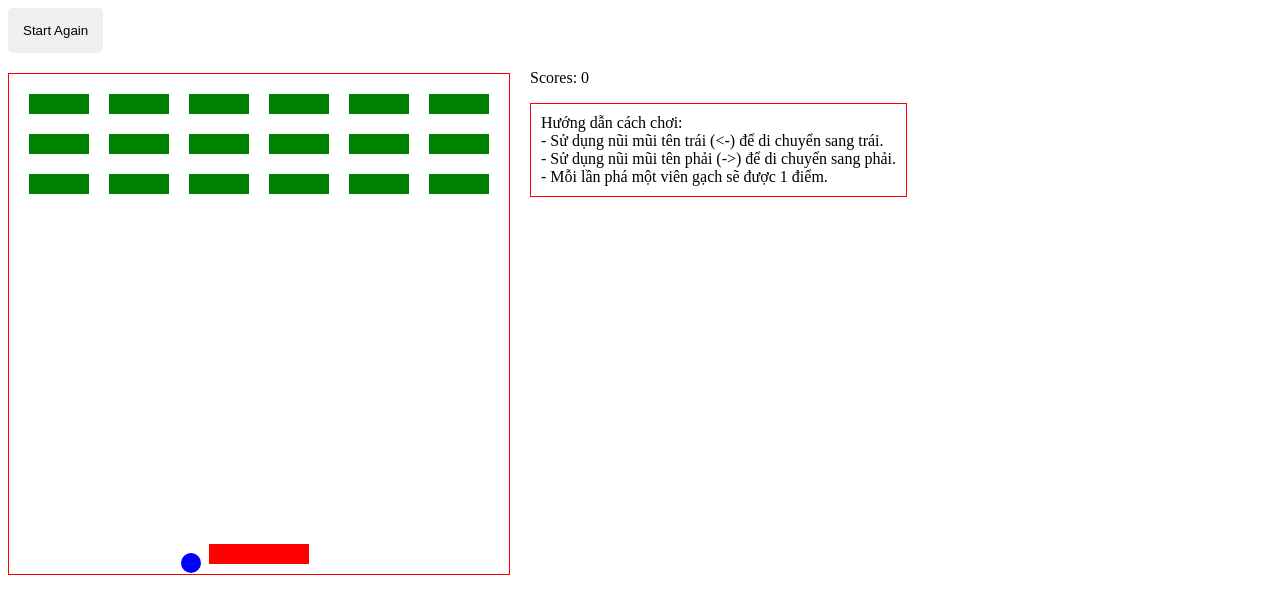
Repository: huynhsang96/CaseJS
Page: Demo_case/index.html
An editor plug-in stored every save of this project. The page is shown before and after a run of saves, followed by the edit.
The browser window is 1280 px wide. The pictures show the whole page.

Above is the page before, as saved 2022-02-21 14:21:20.

### Demo_case/index.html
<!DOCTYPE html>
<html lang="en">
<head>
    <meta charset="UTF-8">
    <meta http-equiv="X-UA-Compatible" content="IE=edge">
    <meta name="viewport" content="width=device-width, initial-scale=1.0">
    <title>Document</title>
    <style>
        /* *{
            font-family:  'Fira Code', 'roboto';
        } */
        canvas{
            margin-top: 20px;

        }

        .btn-start{
            border: none;
            border-radius: 5px;
            padding: 15px;
        }

        .container{
            display: flex;
        }

        .container-des{
            margin-left: 20px;
        }

        .container-des p:nth-child(2){
            border: solid 1px red;
            padding: 10px;
            font-weight: 500;
        }

    </style>
</head>
<body>
    <div class="btn">
        <button class="btn-start">Start Again</button>
    </div>
    <div class="container">
        <div class="container-canvas">
            <canvas id="myCanvas" width="500" height="500" style="border:1px solid red;">
        </div>
        <div class="container-des">
            <p>Scores: <span class="scores">0</span></p>
            <p>
                Hướng dẫn cách chơi:
                <br>
                - Sử dụng nũi mũi tên trái <span style="font-family: 'Fira code';">(<-)</span> để di chuyển sang trái.
                <br>
                - Sử dụng nũi mũi tên phải <span style="font-family: 'Fira code';">(->)</span> để di chuyển sang phải.
                <br>
                - Mỗi lần phá một viên gạch sẽ được 1 điểm.
            </p>
        </div>
    </div>


    <script src="./ball.js"></script>
    <script src="./bar.js"></script>
    <script src="./brick.js"></script>
    <script src="./main.js"></script>

    <script>

    </script>
</body>
</html>

### Demo_case/ball.js
class Ball{
    constructor(x, y, radius, color){
        let speed = [3,-3,4,-4];
        this.x = x;
        this.y = y;
        this.radius = radius;
        this.color = color;
        this.speedX = speed[Math.floor(Math.random()*speed.length)];
        this.speedY = speed[Math.floor(Math.random()*speed.length)];
        this.canvas = document.getElementById("myCanvas");
        this.ctx = this.canvas.getContext('2d');
        this.isGameOver = false;
    }



    draw(){
        this.ctx.beginPath();
        this.ctx.arc(this.x, this.y, this.radius, 0, Math.PI * 2);
        this.ctx.fillStyle = this.color;
        this.ctx.fill();
        this.ctx.closePath();
    }

    updateBall(){
        this.x += this.speedX;
        this.y += this.speedY;
    }

    ballColiision(){
        if(this.x + this.radius > this.canvas.width || this.x < this.radius){
            this.speedX = -this.speedX;
        }
        if(this.y < this.radius){
            this.speedY = -this.speedY
        }
    }

    checkGame(){
        if(this.y + this.radius > this.canvas.height){
            this.isGameOver = true;
        }
    }

    move(){
        this.ctx.clearRect(0,0,this.canvas.width,this.canvas.height); // xóa canvas
        this.draw();
    }
}

### Demo_case/bar.js
class Bar{
    constructor(width, height, color){
        this.width = width;
        this.height = height;
        this.x = 200;
        this.y = 470;
        this.color = color;
        this.speed = 5;
        this.isMovingLeft = false;
        this.isMovingRight = false;
        this.canvas = document.getElementById("myCanvas");
        this.ctx = this.canvas.getContext('2d');
    }

    drawBar(){
        this.ctx.beginPath();
        this.ctx.rect(this.x, this.y, this.width, this.height);
        this.ctx.fillStyle = this.color;
        this.ctx.fill();
        this.ctx.closePath();
    }


    moveBar(){
        if(this.isMovingLeft && this.x > 0){
            this.x -= this.speed;
        }
        if(this.isMovingRight && this.x < this.canvas.width - this.width){
                this.x += this.speed;
            }
        }
}

### Demo_case/brick.js
class  Brick{
    constructor(){

        this.offsetX = 20;
        this.offsetY = 20;
        this.margin = 20;
        this.width = 60;
        this.height = 20;
        this.totalRow = 3;
        this.totalColum = 6;
        this.brickList = []
        this.isEndGame = false;
        this.canvas = document.getElementById("myCanvas");
        this.ctx = this.canvas.getContext('2d');
    }


    drawBrick(){
        this.brickList.forEach(element => {
            if(!element.isbroken){
                this.ctx.beginPath();
                this.ctx.rect(
                    element.x,
                    element.y,
                    this.width,
                    this.height,
                );
                this.ctx.fillStyle = "green";
                this.ctx.fill();
                this.ctx.closePath();
            }
        })
    }

    checkEndGame(){
        this.isEndGame = this.brickList.every(element =>{
            return element.isbroken == true;
        })
    }
}

### Demo_case/main.js
let ball = new Ball(250,150,10,"blue");
let bar = new Bar(100,20,"red");
let bricks = new Brick();


// --------------------------Event Keyboard---------------------

document.addEventListener("keydown",function(e){
    if(e.keyCode === 37){
        bar.isMovingLeft = true;
    }
    if(e.keyCode === 39){
        bar.isMovingRight = true;
    }
})


document.addEventListener("keyup",function(e){
    if(e.keyCode === 37){
        bar.isMovingLeft = false;
    }
    if(e.keyCode === 39){
        bar.isMovingRight = false;
    }
})

// ----------------------------Bar----------------------------

function barCollision(){
    if(ball.x + ball.radius >= bar.x &&
        ball.y + ball.radius >= bar.y &&
        ball.x + ball.radius <= bar.x + bar.width){

        ball.speedY = -ball.speedY;
    }
}

// ----------------------------Bricks------------------------

// Tạo danh sách Bricks

function creatBricksList(){
    for(let i = 0; i < bricks.totalColum; i++){
        for(let j = 0; j < bricks.totalRow; j++){
            bricks.brickList.push({
                x: bricks.offsetX + i * (bricks.width + bricks.margin),
                y: bricks.offsetY + j * (bricks.height + bricks.margin),
                isbroken: false,
            })
        }
    }
}

creatBricksList()

// xử lý va chạm

let score = 0;
let scoreball = document.querySelector(".scores");
function BricksCollision(){
    bricks.brickList.forEach(function(element){
        if(!element.isbroken){
            if(ball.x >= element.x &&
                ball.x <= element.x + bricks.width &&
                ball.y + ball.radius >= element.y &&
                ball.y - ball.radius <= element.y + bricks.height){
                ball.speedY = -ball.speedY;
                element.isbroken = true;
                score += 1;
                scoreball.textContent = `${score}`;
            }
        }
    })
}

function play(){
    ball.checkGame();
    bricks.checkEndGame();

    if(!ball.isGameOver && !bricks.isEndGame){
        ball.move();
        ball.updateBall();
        ball.ballColiision();

        bar.drawBar();
        bar.moveBar();
        barCollision();

        bricks.drawBrick();
        BricksCollision();

        requestAnimationFrame(play); // Giống đệ quy
    }else{
        alert("End Game!");
        score = 0;
    }
}

play()

let reStart = document.querySelector(".btn-start");

function startGameAgain(){
    ball.x = 150;
    ball.y = 150;


}

reStart.onclick = function(e){
    window.location.reload();
}

After the next 2 saves:
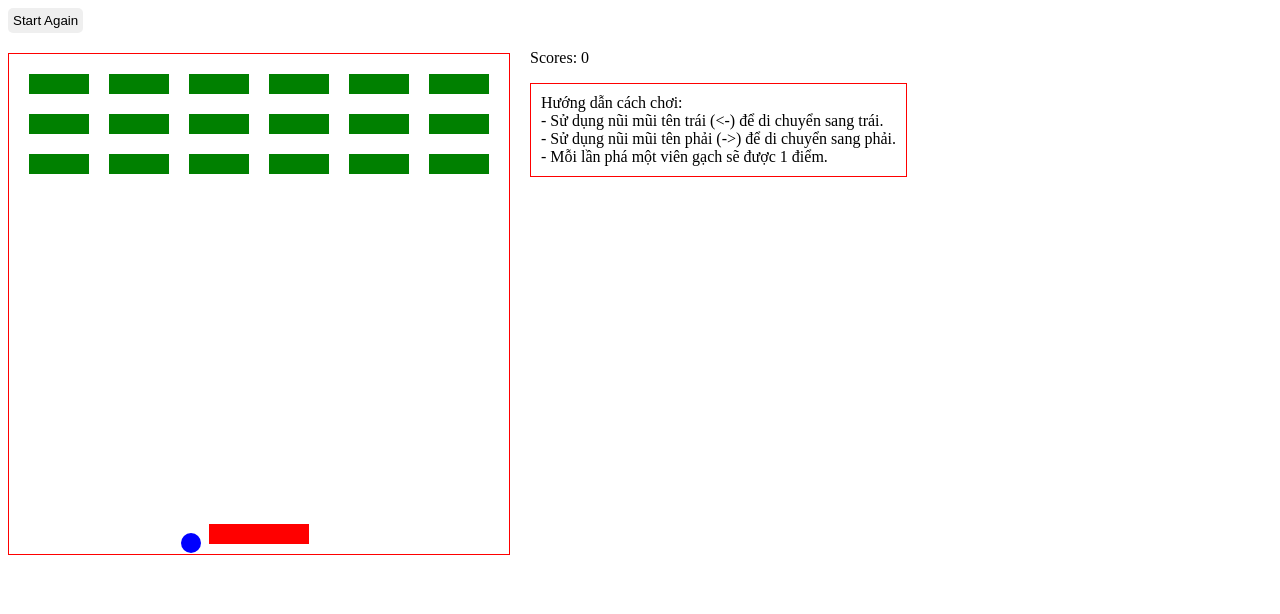
The 2 saves are shown as one change because they came seconds apart.
The last was saved 11 s later.
--- a/Demo_case/index.html
+++ b/Demo_case/index.html
@@ -17,7 +17,7 @@
         .btn-start{
             border: none;
             border-radius: 5px;
-            padding: 15px;
+            padding: 5px;
         }
 
         .container{
